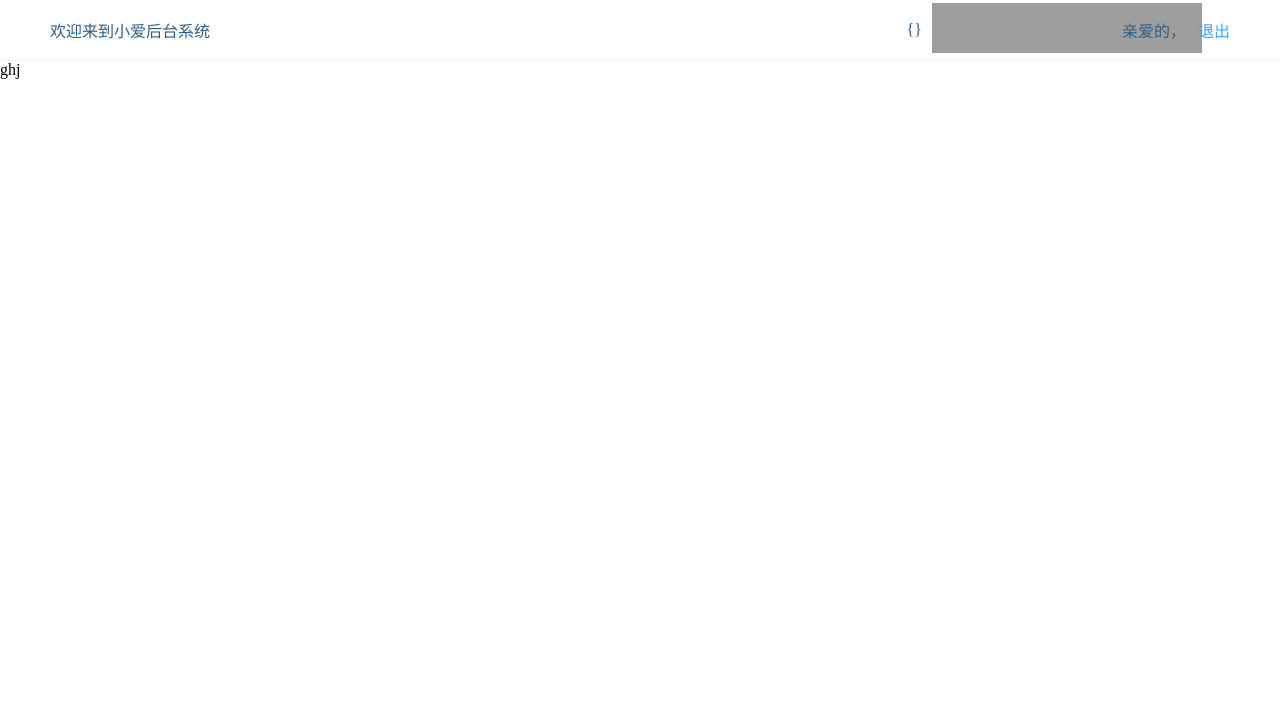
Repository: ZHANG-0714/backstage
Page: /home
These files come from the project's save history. The page is drawn as it stood at one moment and after the next save; the edit follows.
The browser window is 1280 px wide. The pictures show the whole page.
Pictures or frames that could not be fetched are drawn as grey boxes. The project was rebuilt for these pictures with package versions that can differ from the ones it lists, and the page was loaded fresh each time. Also part of the build but not shown: vue.config.js, src/views/Home.vue.

Above is the page before, as saved 2020-08-31 18:04:13.

### public/index.html
<!DOCTYPE html>
<html lang="en">

<head>
  <meta charset="utf-8">
  <meta http-equiv="X-UA-Compatible" content="IE=edge">
  <meta name="viewport" content="width=device-width,initial-scale=1.0">
  <link rel="icon" href="<%= BASE_URL %>favicon.ico">
  <title><%= htmlWebpackPlugin.options.title %></title>
</head>

<body>
  <noscript>
    <strong>We're sorry but <%= htmlWebpackPlugin.options.title %> doesn't work properly without JavaScript enabled.
      Please enable it to continue.</strong>
  </noscript>
  <div id="app"></div>
  <!-- built files will be auto injected -->

  <!--[if lte IE 9]>
    <div style='position:absolute; top: 50%; left:50%; margin-top: -50px;margin-left: -400px; align-items: center;justify-content: center;'>
      <div style='width: 800px; height: 100px;text-align: center'>
        <h1>
        您的浏览器版本过低 请下载最新的谷歌浏览器
      </h1>
      <div style='text-align: center;width: 800px'>
        <a href='http://rj.baidu.com/soft/detail/14744.html?ald'>下载谷歌浏览器点此链接</a>
      </div>
      </div>
    </div>
  <![endif]-->
</body>

</html>

### src/App.vue
<template>
  <div id="app">
    <router-view />
  </div>
</template>

<style lang="scss">
@import "../style/Css";
@import '../style/Situation'
</style>

### src/router/index.js
import Vue from 'vue'
import VueRouter from 'vue-router'
import Home from '../views/Home.vue'
import Public from '../views/Public.vue'

Vue.use(VueRouter)

const routes = [
  {
    path: '/home',
    redirect: '/'
  },
  {
    path: '/',
    component: Public,
    children: [
      {
        path: '',
        name: 'Home',
        component: Home,  //首页
        meta: {
          title: "首页"
        }
      },
    ]
  }
]

const router = new VueRouter({
  mode: 'history',
  base: process.env.BASE_URL,
  routes
})

export default router

### src/store/index.js
import Vue from 'vue'
import Vuex from 'vuex'
import user from './user/user'

Vue.use(Vuex)

export default new Vuex.Store({
  state: {
  },
  mutations: {
  },
  actions: {
  },
  modules: {
    user
  }
})

### style/Css.css
* {
	margin: 0;
	padding: 0;
}

.flex {
	display: flex;
}

.justify-content {
	justify-content: center;
}

.align-items {
	align-items: center;
}

.space-around {
	justify-content: space-around;
}

.space-between {
	justify-content: space-between;
}

.flex-direction {
	flex-direction: column;
}

.flex-end {
	align-items: flex-end;
}

.text-overflow {
	overflow: hidden;
	text-overflow: ellipsis;
	display: -webkit-box;
	-webkit-line-clamp: 1;
	-webkit-box-orient: vertical;
}

.opacity {
	opacity: 0.9;
}

.filter {
	filter: blur(30px);
	z-index: -1;
}

.flex-wrap {
	flex-wrap: wrap;
}

.position {
	position: fixed;
}

### style/Situation.scss
.el-card--header--img--doos {
    .el-card__header {
        border-bottom: 1px solid #535353;
    }

    .el-form-item__label {
        padding: 0;
    }
}

### src/views/Public.vue
<template>
  <!-- 公共 -->
  <div>
    <headTop></headTop>
    <sidebar></sidebar>
  </div>
</template>

<script>
import headTop from "../components/public/headTop"; //头部组件
import sidebar from "../components/public/Sidebar"; //侧边栏
export default {
  name: "",
  props: {},
  components: {
    headTop,
    sidebar,
  },
  data() {
    return {};
  },
  methods: {},
  mounted() {},
  watch: {},
  computed: {},
};
</script>

<style scoped lang='scss'>
</style>

### src/store/user/user.js
import api from '../../http/api'
import router from '../../router'
import { Message } from 'element-ui'

export default {
    // 开启命名空间 这个文件就是单独的一个vuex的模块
    namespaced: true,
    state: {
        menus: []
    },
    mutations: {
        seMenus(state, data) {
            state.menus = data
        }
    },
    actions: {
        //所有的请求都写在actions里面
        // actions 里面的方法可以传两个参数，第一个参数是整个store(vuex对象) 第二个参数是请求的参数
        async getMenus({ commit }) {
            let res = await api.getMenus()
            if (res.meta.status === 200) {
                // 提交mutation
                commit('setMenus', res.data)
            }
        },
        //登录
        async login({ commit }, { username, password }) {
            let res = await api.login({
                username,
                password
            })
            console.log(commit);
            console.log(res);
            if (res.meta.status === 200) {
                // 存储信息
                localStorage.setItem('adminToken', res.data.toke)
                localStorage.setItem('adminUser', JSON.stringify(res.data))
                // 跳转路由
                router.push('/')
                // 提示用户
                Message.success('登录成功')
            }
        }
    },
}

### src/components/public/headTop.vue
<template>
  <!-- 头部组件 -->
  <div class="top flex align-items space-between">
    <div class="name">欢迎来到小爱后台系统</div>
    <!-- 时间 -->
    <div class="flex align-items">
      <div class="time">{{time}}</div>
      <div class="time">{{hi}}{{date}}</div>
      <!-- 天气 -->
      <div class="iframes">
        <iframe
          class="m-l1"
          scrolling="no"
          src="https://tianqiapi.com/api.php?style=ty&skin=pitaya"
          frameborder="0"
          width="50"
          height="50"
          allowtransparency="true"
        ></iframe>
      </div>
      <!-- 用户 -->
      <div>亲爱的，{{user.username}}</div>
      <!-- 退出 -->
      <div class="quit">退出</div>
    </div>
  </div>
</template>

<script>
import dayjs from "dayjs";
export default {
  name: "",
  props: {},
  components: {},
  data() {
    return {
      time: "", //获取当前登录时间
      date: "",
      hi: {},
      user: {},
    };
  },
  methods: {},
  mounted() {
    //  获取当前登录时间
    this.time = dayjs().format("YYYY/MM/DD");

    let _this = this; // 声明一个变量指向Vue实例this，保证作用域一致
    this.timer = setInterval(() => {
      _this.date = dayjs().format("hh:mm:ss"); // 修改数据date
    }, 1000);

    //   判断时间段
    let hi = dayjs().format("HH");
    if (hi > 6 && hi <= 13) {
      this.hi = "早上";
    } else if (hi > 11 && hi <= 13) {
      this.hi = "中午";
    } else if (hi > 13 && hi <= 18) {
      this.hi = "下午";
    } else if (hi > 18 && hi <= 23) {
      this.hi = "晚上";
    } else {
      this.hi = "该睡觉了";
    }

    //登录获取的对象
    this.user = JSON.parse(localStorage.getItem("adminUser"));
    // console.log(this.user);
  },
  watch: {},
  computed: {},
};
</script>

<style scoped lang='scss'>
.top {
  height: 60px;
  padding: 0 50px;
  border-bottom: 1px solid #f0f2f5;
  color: #2e5e85;
}
.time {
  margin-right: 10px;
}
.iframes {
  width: 190px;
}
iframe {
  width: 270px;
  font-size: 30px;
}
.quit {
  color: #409eff;
  margin-left: 12px;
  &:hover {
    cursor: pointer;
  }
}
.weather-icon {
  width: 40px;
  height: 40px;
}
</style>

### src/components/public/Sidebar.vue
<template>
  <!-- 侧边栏 -->
  <div>
      ghj
  </div>
</template>

<script>
export default {
  name: "",
  props: {},
  components: {},
  data() {
    return {};
  },
  methods: {},
  mounted() {},
  watch: {},
  computed: {},
};
</script>

<style scoped lang='scss'>
</style>

### src/http/api.js
import service from './index'

export default {
    login({ username, password }) {
        return service.post('/login', {
            username,
            password
        })
    }
}

### src/http/index.js
import axios from 'axios'
import nprogress from 'nprogress'
import { Message } from 'element-ui'

//运行环境：本地环境:devlpment 和线上（生产）环境：production
const ispro = process.env.NODE_ENV === 'production'

//创建一个axios的实例
const service = axios.create({
    //基础路径:需要根据当前的运行环境来判断
    baseURL: ispro ? '线上接口路径' : '/api',
    //超时时间
    timeout: 100000
})

// 请求拦截：每一次发请求都会做的事
service.interceptors.request.use((config) => {
    nprogress.start()
    //前后端鉴权
    //jwt：JSON WEB TOKEN
    //登录成功后 后端会返回一个令牌
    let token = localStorage.getItem('abminToken')
    if (token) {
        config.headers['Authorization'] = token
    }
    return config
}, err => {
    nprogress.done()
    return Promise.reject(err)
})

//响应拦截：每一次接口返回数据的时候都会做的事
service.interceptors.response.use((res) => {
    nprogress.done()
    return res.data
}, err => {
    if (err.response && err.response.status) {
        // 错误请求的状态码
        let status = err.response.status
        if (status === 400) {
            Message.error('参数错误')
        }
        if (status === 401) {
            Message.error('登录过期，请重新登录')
        }
        if (status === 403) {
            Message.error('没有权限')
        }
        if (status === 404) {
            Message.error('接口路径错误')
        }
        if (status === 500) {
            Message.error('服务器出错')
        }
        if (status === 503) {
            Message.error('服务器在维护')
        }
    }
    return Promise.reject(err)
}
)

export default service

Loaded but not shown: src/main.js (common file)

After the next save:
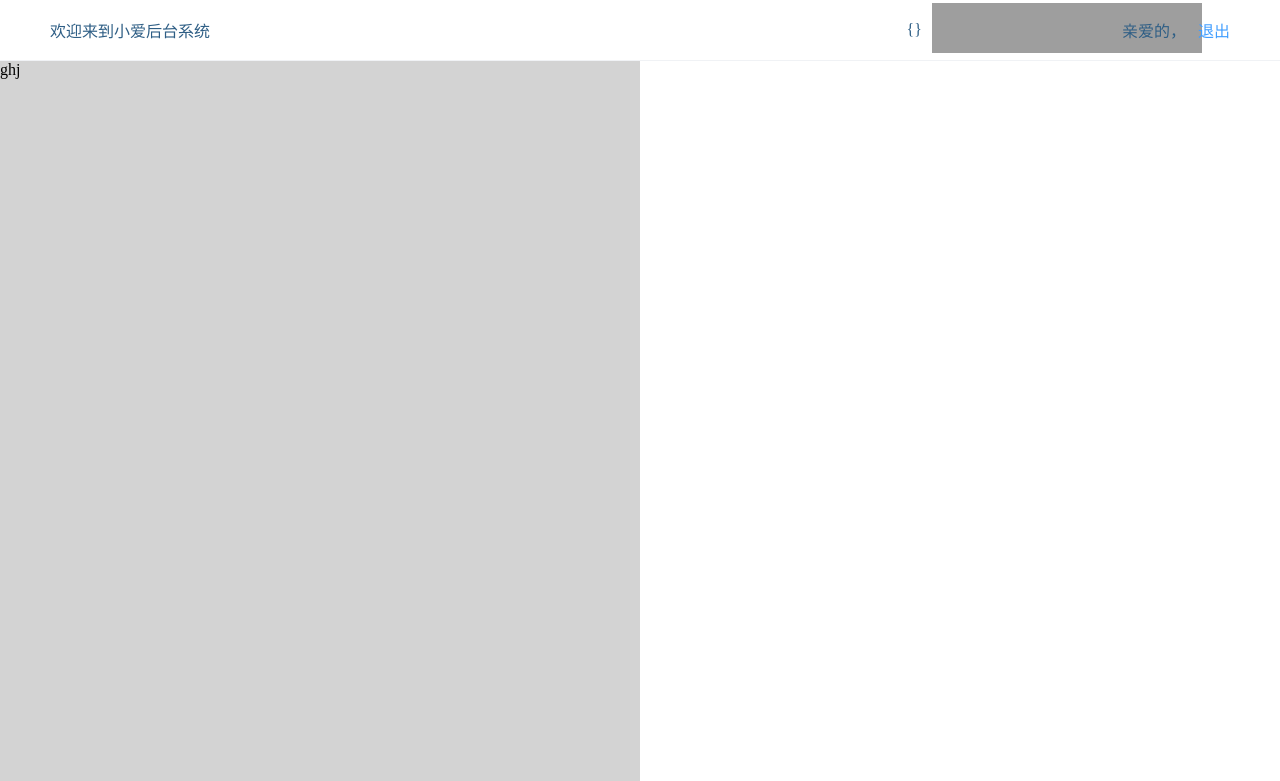
Saved 94 s later.
--- a/src/components/public/Sidebar.vue
+++ b/src/components/public/Sidebar.vue
@@ -1,6 +1,6 @@
 <template>
   <!-- 侧边栏 -->
-  <div>
+  <div class="side">
       ghj
   </div>
 </template>
@@ -21,4 +21,9 @@ export default {
 </script>
 
 <style scoped lang='scss'>
+.side{
+    width: 50vw;
+    height: 100vh;
+    background: lightgrey;
+}
 </style>
